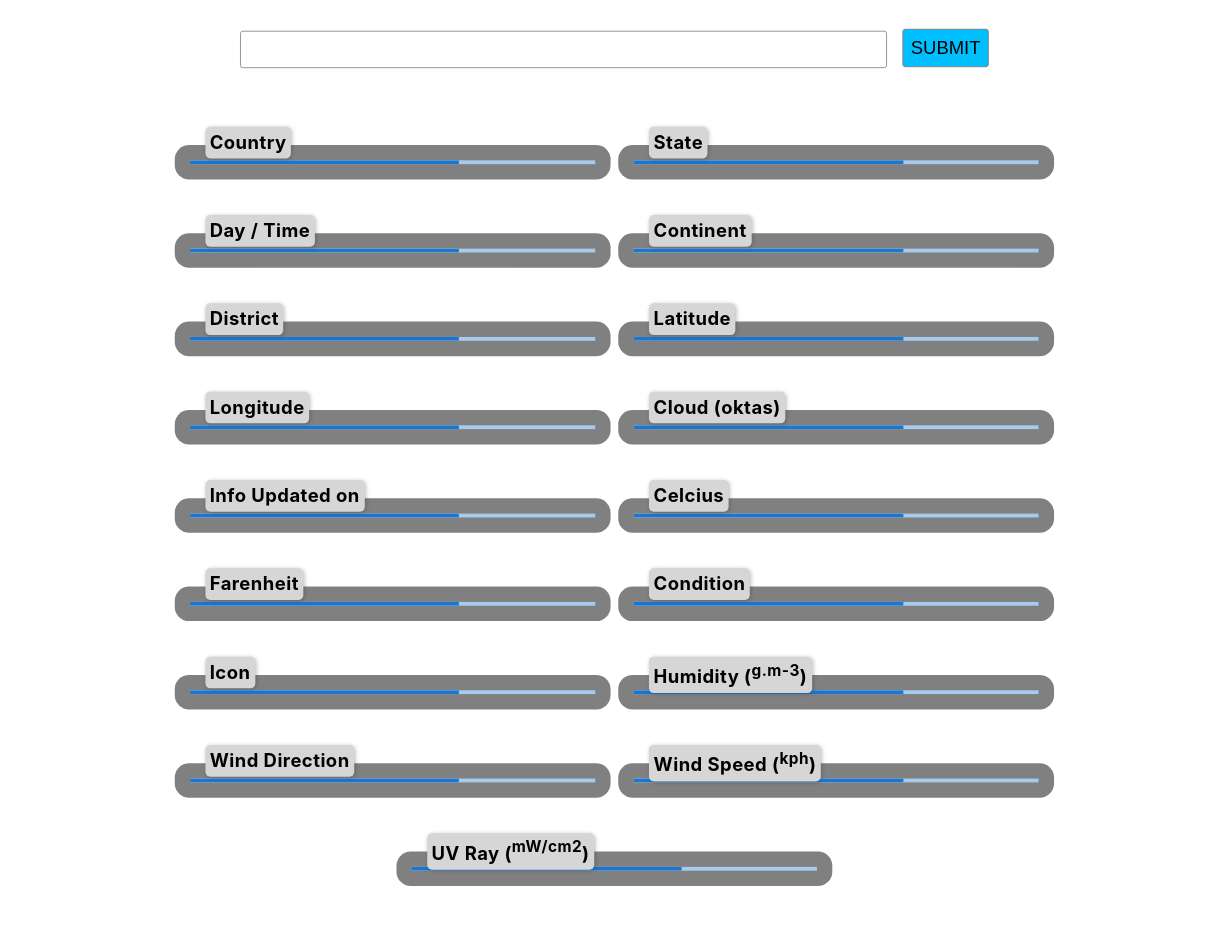
Repository: Imprasna/practising-API
Page: /
These files come from the project's save history. The page is drawn as it stood at one moment and after the next save; the edit follows.
The browser window is 1280 px wide. The pictures show the whole page, at 96% of full size.
The project was rebuilt for these pictures with package versions that can differ from the ones it lists, and the page was loaded fresh each time. Also part of the build but not shown: src/component/Country.js, src/component/Region.js, src/component/Time.js, src/component/Continent.js, src/component/District.js, src/component/Cloud.js, src/component/UpdatedWeather.js, src/component/Celcius.js and 9 more.

Above is the page before, as saved 2021-11-11 23:55:58.

After the next save:
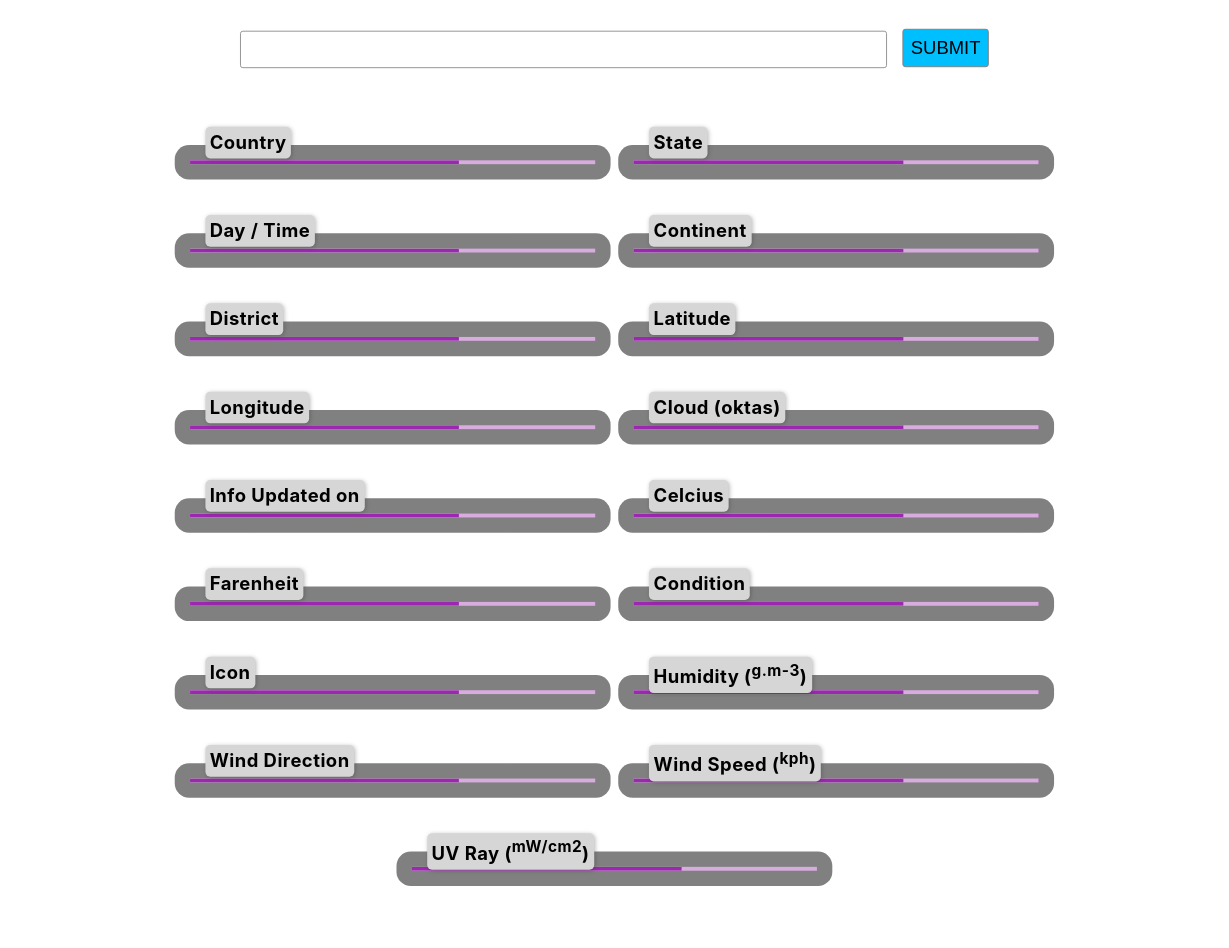
Saved 95 s later.
--- a/src/Get.js
+++ b/src/Get.js
@@ -91,84 +91,84 @@ const Get = () => {
 
 			<div className="whole">
 				<div className="Country">
-					{loading ? (<Country CName={getPost} />) : (<LinearProgress />)}
+					{loading ? (<Country CName={getPost} />) : (<LinearProgress  color="secondary"  />)}
 					<h1>Country</h1>
 				</div>
 
 				<div className="region">
-				{loading ? (<Region CName={getPost} />) : (<LinearProgress />) }
+				{loading ? (<Region CName={getPost} />) : (<LinearProgress  color="secondary"  />) }
 					<h1>State</h1>
 
 				</div>
 
 				<div className="time">
-				{loading ? (<Time CName={getPost} />) : (<LinearProgress />) }
+				{loading ? (<Time CName={getPost} />) : (<LinearProgress  color="secondary"  />) }
 					<h1>Day / Time</h1>
 
 				</div>
 
 				<div className="continent">
-				{loading ? (<Continent CName={getPost} />) : (<LinearProgress />) }
+				{loading ? (<Continent CName={getPost} />) : (<LinearProgress  color="secondary"  />) }
 					<h1>Continent</h1>
 
 				</div>
 
 				<div className="district">
-				{loading ? (<District CName={getPost} />) : (<LinearProgress />) }
+				{loading ? (<District CName={getPost} />) : (<LinearProgress  color="secondary"  />) }
 					<h1>District</h1>
 
 				</div>
 
 				<div className="lat">
-				{loading ? (<Latitude CName={getPost} />) : (<LinearProgress />) }
+				{loading ? (<Latitude CName={getPost} />) : (<LinearProgress  color="secondary"  />) }
 					<h1>Latitude</h1>
 
 				</div>
 
 				<div className="lon">
-				{loading ? (<Longitude CName={getPost} />) : (<LinearProgress />) }
+				{loading ? (<Longitude CName={getPost} />) : (<LinearProgress  color="secondary"  />) }
 					<h1>Longitude</h1>
 
 				</div>
 
 				<div className="cloud">
-				{loading ? (<Cloud CName={getPost} />) : (<LinearProgress />) }
+				{loading ? (<Cloud CName={getPost} />) : (<LinearProgress  color="secondary"  />) }
 					<h1>Cloud (oktas)</h1>
 
 				</div>
 
 				<div className="upt">
-				{loading ? (<UpdatedWeather CName={getPost} />) : (<LinearProgress />) }
+				{loading ? (<UpdatedWeather CName={getPost} />) : (<LinearProgress  color="secondary"  />) }
 					<h1>Info Updated on</h1>
 
 				</div>
 
 				<div className="cel">
-				{loading ? (<Celcius CName={getPost} />) : (<LinearProgress />) }
+				{loading ? (<Celcius CName={getPost} />) : (<LinearProgress  color="secondary"  />) }
 					<h1>Celcius</h1>
 
 				</div>
 
 				<div className="far">
-				{loading ? (<Farenheit CName={getPost} />) : (<LinearProgress />) }
+				{loading ? (<Farenheit CName={getPost} />) : (<LinearProgress  color="secondary"  />) }
 					<h1>Farenheit</h1>
 
 				</div>
 
 				<div className="cond">
-				{loading ? (<Condition CName={getPost} />) : (<LinearProgress />) }
+				{loading ? (<Condition CName={getPost} />) : (<LinearProgress  color="secondary"  />) }
 					<h1>Condition</h1>
 
 				</div>
 
 				<div className="icon">
-				{loading ? (<Icon CName={getPost} />) : (<LinearProgress />) }
+				{loading ? (<Icon CName={getPost} />) : (<LinearProgress  color="secondary"  />) }
 					<h1>Icon</h1>
 
 				</div>
 
 				<div className="hum">
-				{loading ? (<Humidity CName={getPost} />) : (<LinearProgress />) }
+				{loading ? (<Humidity CName={getPost} />) : (<LinearProgress  color="secondary"  />) }
 					<h1>
 						Humidity (<sup>g.m-3</sup>)
 					</h1>
@@ -177,13 +177,13 @@ const Get = () => {
 
 
 				<div className="wd">
-				{loading ? (<WindDirection CName={getPost} />) : (<LinearProgress />) }
+				{loading ? (<WindDirection CName={getPost} />) : (<LinearProgress  color="secondary"  />) }
 					<h1>Wind Direction</h1>
 
 				</div>
 
 				<div className="ws">
-				{loading ? (<WindSpeed CName={getPost} />) : (<LinearProgress />) }
+				{loading ? (<WindSpeed CName={getPost} />) : (<LinearProgress  color="secondary"  />) }
 					<h1>
 						Wind Speed (<sup>kph</sup>)
 					</h1>
@@ -191,7 +191,7 @@ const Get = () => {
 				</div>
 
 				<div className="uv">
-				{loading ? (<Uv CName={getPost} />) : (<LinearProgress />) }
+				{loading ? (<Uv CName={getPost} />) : (<LinearProgress  color="secondary"  />) }
 					<h1>
 						UV Ray (<sup>mW/cm2</sup>)
 					</h1>
